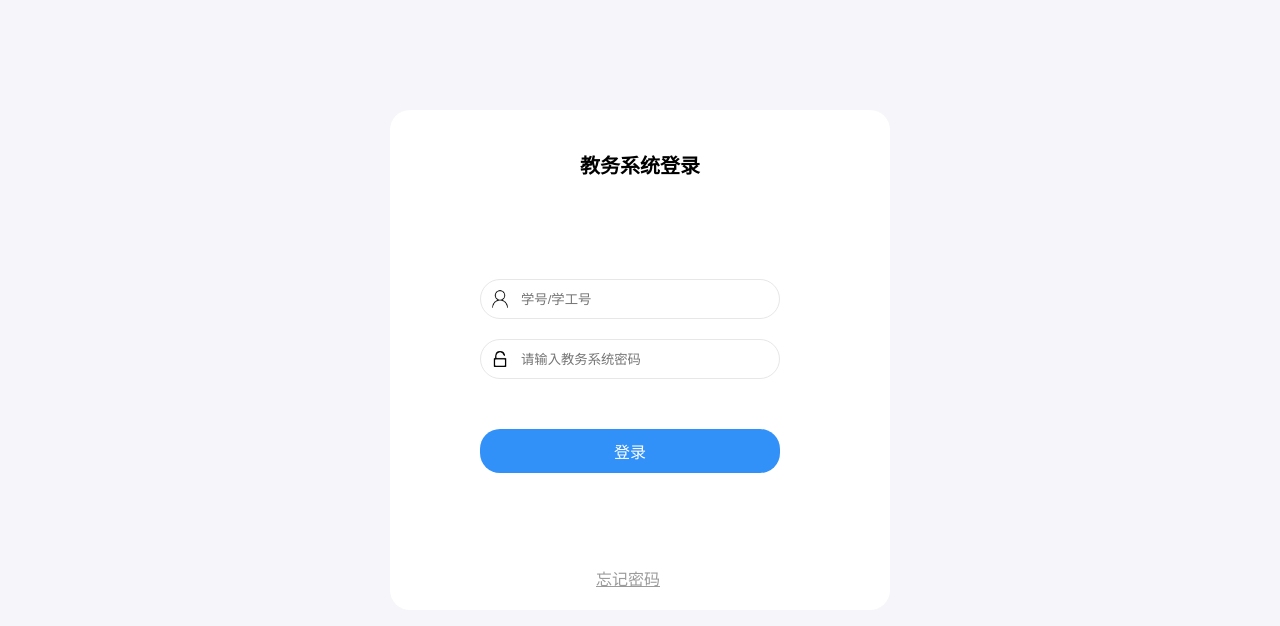
Repository: yangziteng/System
Page: / (app in myreact/)
These files come from the project's save history. The page is drawn as it stood at one moment and after the next save; the edit follows.
The browser window is 1280 px wide. The pictures show the whole page.
The project was rebuilt for these pictures with package versions that can differ from the ones it lists, and the page was loaded fresh each time. Also part of the build but not shown: myreact/vite.config.js, myreact/src/App.css, myreact/src/App.jsx, myreact/src/log.jsx.

Above is the page before, as saved 2022-07-10 20:25:28.

### myreact/src/main.jsx
import React from 'react'
import ReactDOM from 'react-dom/client'
import App from './App'
import LOG from './log'
import './index.css'
import Login from "./pages/Login/Login"
const p = {name:"杨",age:12}
ReactDOM.createRoot(document.getElementById('root')).render(
  <React.StrictMode>
    {/* //解构赋值 语法 */}

    <Login/>


  </React.StrictMode>
)

### myreact/src/pages/Login/Login.jsx
import { useState } from 'react'
import { Component } from 'react'
import "./Login.css"
import img2 from "./images/p.png"
import img from "./images/a.png" //引入图片
import axios from "axios"
import {decode as base64_decode, encode as base64_encode} from 'base-64';
class Login extends Component {
    constructor() {
        super()
        this.state = {
            pwd:"",
            username:""
        }
    }
     sumbit = async (e)=>{
        //判空
        if(!this.state.username){
            alert("小可爱你还未输入学号~")
            return
        }
        if(!this.state.pwd){
            alert("小可爱你还未输入密码~")
            return
        }
        console.log(e)
        //加密后
        // setstate是异步过程
        let encoded = base64_encode(this.state.pwd);
        let decodeed = base64_decode(encoded)
        console.log(decodeed)
        await this.setState({pwd: encoded}) //加密
        console.log(this.state)
        axios({
            url:"http://localhost:8080/Login",
            method:"POST",
            data:this.state,
        }).then((res)=>{
            //返回值要开始校验
            console.log(res)
        })

    }
    handleChange = (e)=>{
        // console.log(e.target.dataset.id)
        this.setState({[e.target.dataset.id]:e.target.value})

    }
    render() {
        //非受控组件
        return (
            <div className='bgc'>
                <div className='model'>
                    <div className='model-head'>教务系统登录</div>
                    <div className='model-body'>
                        <div className='username'>
                            <input type="text" data-id="username" placeholder='学号/学工号'  onChange={this.handleChange} className='model-body-input' >
                            </input>
                            <img className='img' src={img} alt="" />
                        </div>
                        <div className='pwd'>
                            <input type="password" data-id="pwd" placeholder='请输入教务系统密码'  onChange={this.handleChange}   className='model-body-input' >
                            </input>
                            <img className='img' src={img2} alt="" />
                        </div>
                        <div className='model-end' onClick={this.sumbit}>
                            登录
                        </div>
                    </div>
                        <a className='end' href="https://jwxt.gdupt.edu.cn/index.jsp">忘记密码</a>
                </div>
            </div>
        )
    }
}
export default Login

### myreact/src/pages/Login/Login.css

.bgc{
    background-color: rgba(245,245,250);
    width: 100vw;
    height: 100vh;
    display:flex;
    align-items: center;
}
.model{
    width: 500px;
    height: 500px;
    background-color: white;
    border-radius: 20px;
    margin:0 auto;
    position: relative;
}
.model-head{
    text-align: center;
    margin-top:40px;
    font-size: 20px;
    font-weight: 800;
}
.model-body{

    margin-top:100px;

}
.username{
    display: flex;
    justify-content: center;
    align-items: center;
    position: relative;

}
.pwd{
    display: flex;
    justify-content: center;
    align-items: center;
    position: relative;
    margin-top:20px
}
.model-body-input{
    width: 300px;
    height: 40px;
    outline: none;
    border-radius: 20px;
    padding-left:40px ;
    box-sizing: border-box;
    border:1px solid #e7e7e7
}

.img{
    width: 20px;
    height: 20px;
    position: relative;
    right: 290px;
    /* right:290px */
}
.model-end{
    width: 300px;
    background-color: rgba(50,145,248);
    /* letter-spacing: 40px; */
    border-radius: 20px;
    padding: 10px 0px;
    text-align: center;
    color:white;
    margin:0 auto;
    position: relative;
    right:10px;
    margin-top:50px;
    cursor: pointer;
}
.end{
    position: absolute;
    bottom: 20px;
    left:50%;
    margin-left:-44px
}
a{
    /* text-decoration: none; */
    color:#9c9b9b
}

Loaded but not shown: myreact/index.html (common file); myreact/src/index.css (common file)

After the next save:
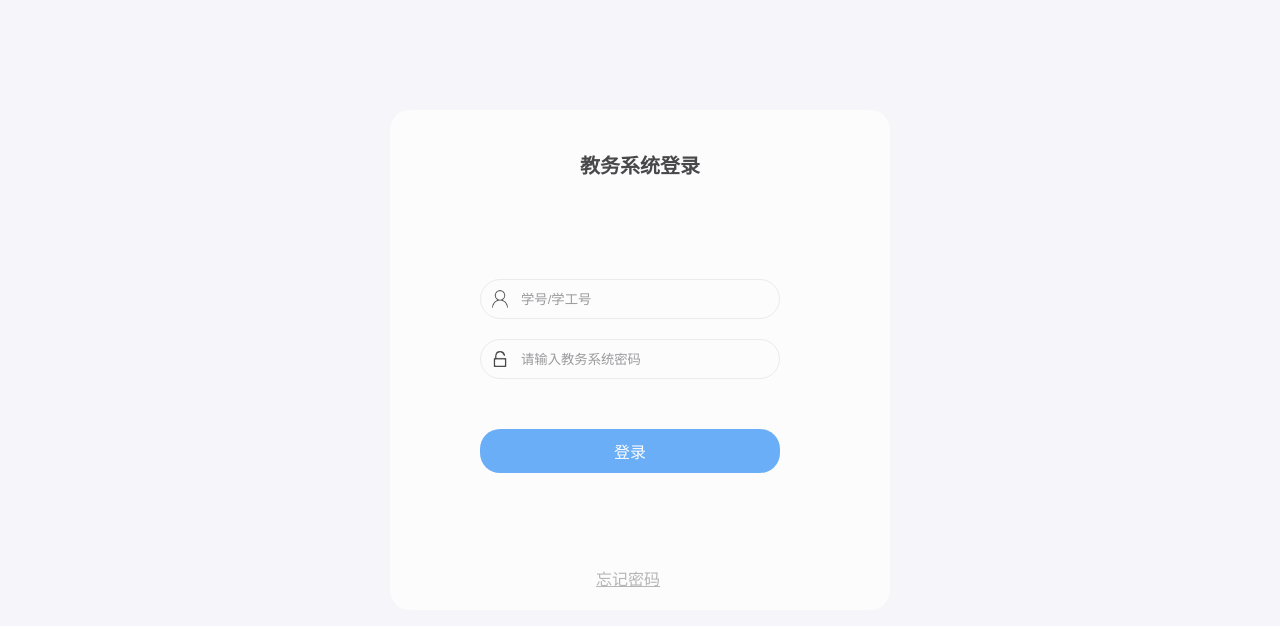
Saved 47 s later.
--- a/myreact/src/pages/Login/Login.css
+++ b/myreact/src/pages/Login/Login.css
@@ -8,6 +8,7 @@
 }
 .model{
     width: 500px;
+    opacity: 0.7;
     height: 500px;
     background-color: white;
     border-radius: 20px;
